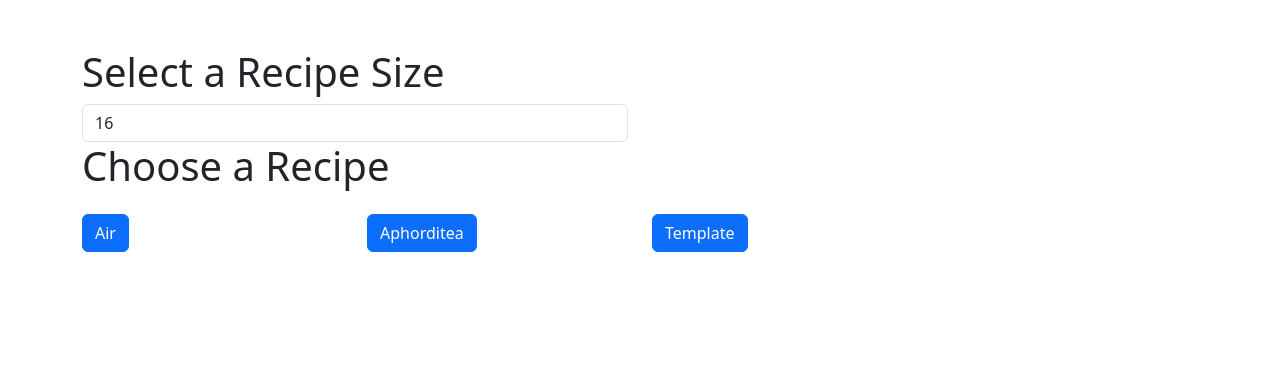
Repository: ChaidGPT/CKBatchHelper
Page: index.html
The author's editor kept a copy of each file at every save. The page is drawn from the files as they stood at one save, then again after the next save.
The browser window is 1280 px wide. The pictures show the whole page.

Above is the page before, as saved 2023-06-27 12:30:03.

### index.html
<!DOCTYPE html>
<html lang="en">

<head>
  <meta charset="UTF-8">
  <meta name="viewport" content="width=device-width, initial-scale=1.0">
  <title>Your One-Page Website</title>
  <!-- Bootstrap CSS -->
  <link href="https://cdn.jsdelivr.net/npm/bootstrap@5.3.0/dist/css/bootstrap.min.css" rel="stylesheet"
    integrity="sha384-9ndCyUaIbzAi2FUVXJi0CjmCapSmO7SnpJef0486qhLnuZ2cdeRhO02iuK6FUUVM" crossorigin="anonymous">
</head>

<body>
  <!-- Main content -->
  <main>
    <section id="section1" class="py-5">
      <div class="container">
        <h1>Select a Recipe Size</h1>
        <div class="row">
          <div class="col-lg-6">
            <input type="number" id="recipeSize" class="form-control" value="16" min="1">
          </div>
        </div>

        <h1>Choose a Recipe</h1>
        <div class="row">
          <div class="col-lg-3">
            <!-- Air Tea Button -->
            <button class="btn btn-primary mt-3" type="button" data-bs-toggle="collapse"
              data-bs-target="#airCollapse" aria-expanded="false" aria-controls="airCollapse">
              Air
            </button>
            <div class="collapse mt-3" id="airCollapse">
              <div class="card card-body">
                <table class="table">
                  <thead>
                    <tr>
                      <th>Ingredient</th>
                      <th>Quantity (oz)</th>
                    </tr>
                  </thead>
                  <tbody>
                    <tr>
                      <td>Dandelion Leaf</td>
                      <td class="ingredientQty" data-ingredient="dandelionLeaf" data-base-quantity="4">4</td>
                    </tr>
                    <tr>
                      <td>Borage</td>
                      <td class="ingredientQty" data-ingredient="borage" data-base-quantity="3">3</td>
                    </tr>
                    <tr>
                      <td>Peppermint Leaf</td>
                      <td class="ingredientQty" data-ingredient="peppermintLeaf" data-base-quantity="3">3</td>
                    </tr>
                    <tr>
                      <td>Lavender</td>
                      <td class="ingredientQty" data-ingredient="lavender" data-base-quantity="1">1</td>
                    </tr>
                    <tr>
                      <td>Lemongrass</td>
                      <td class="ingredientQty" data-ingredient="lemongrass" data-base-quantity="3">3</td>
                    </tr>
                    <tr>
                      <td>Honeysuckle</td>
                      <td class="ingredientQty" data-ingredient="honeysuckle" data-base-quantity="2">2</td>
                    </tr>
                  </tbody>
                </table>
              </div>
            </div>
          </div>
          <div class="col-lg-3">
            <!-- Aphorditea Tea Button -->
            <button class="btn btn-primary mt-3" type="button" data-bs-toggle="collapse"
              data-bs-target="#aphorditeaCollapse" aria-expanded="false" aria-controls="aphorditeaCollapse">
              Aphorditea
            </button>
            <div class="collapse mt-3" id="aphorditeaCollapse">
              <div class="card card-body">
                <table class="table">
                  <thead>
                    <tr>
                      <th>Ingredient</th>
                      <th>Quantity (oz)</th>
                    </tr>
                  </thead>
                  <tbody>
                    <tr>
                      <td>Dehydrated Apples</td>
                      <td class="ingredientQty" data-ingredient="dehydratedApples" data-base-quantity="3">3</td>
                    </tr>
                    <tr>
                      <td>Rose Petals</td>
                      <td class="ingredientQty" data-ingredient="rosePetals" data-base-quantity="4">4</td>
                    </tr>
                    <tr>
                      <td>Rosehips</td>
                      <td class="ingredientQty" data-ingredient="rosehips" data-base-quantity="3">3</td>
                    </tr>
                    <tr>
                      <td>Linden</td>
                      <td class="ingredientQty" data-ingredient="linden" data-base-quantity="2">2</td>
                    </tr>
                    <tr>
                      <td>Oregano</td>
                      <td class="ingredientQty" data-ingredient="oregano" data-base-quantity="1">1</td>
                    </tr>
                    <tr>
                      <td>Hawthorn Berries</td>
                      <td class="ingredientQty" data-ingredient="hawthornBerries" data-base-quantity="3">3</td>
                    </tr>
                  </tbody>
                </table>
              </div>
            </div>
          </div>
          <div class="col-lg-3">
            <!-- Template Tea Button -->
            <button class="btn btn-primary mt-3" type="button" data-bs-toggle="collapse"
              data-bs-target="#templateCollapse" aria-expanded="false" aria-controls="templateCollapse">
              Template
            </button>
            <div class="collapse mt-3" id="templateCollapse">
              <div class="card card-body">
                <table class="table">
                  <thead>
                    <tr>
                      <th>Ingredient</th>
                      <th>Quantity (oz)</th>
                    </tr>
                  </thead>
                  <tbody>
                    <tr>
                      <td>Ingredient 1</td>
                      <td class="ingredientQty" data-ingredient="ingredient1" data-base-quantity="0">0</td>
                    </tr>
                    <tr>
                      <td>Ingredient 2</td>
                      <td class="ingredientQty" data-ingredient="ingredient2" data-base-quantity="0">0</td>
                    </tr>
                    <tr>
                      <td>Ingredient 3</td>
                      <td class="ingredientQty" data-ingredient="ingredient3" data-base-quantity="0">0</td>
                    </tr>
                    <tr>
                      <td>Ingredient 4</td>
                      <td class="ingredientQty" data-ingredient="ingredient4" data-base-quantity="0">0</td>
                    </tr>
                    <tr>
                      <td>Ingredient 5</td>
                      <td class="ingredientQty" data-ingredient="ingredient5" data-base-quantity="0">0</td>
                    </tr>
                    <tr>
                      <td>Ingredient 6</td>
                      <td class="ingredientQty" data-ingredient="ingredient6" data-base-quantity="0">0</td>
                    </tr>
                  </tbody>
                </table>
              </div>
            </div>
          </div>
        </div>

      </div>
    </section>
  </main>

  <!-- Bootstrap JS -->
  <script src="https://cdn.jsdelivr.net/npm/bootstrap@5.3.0/dist/js/bootstrap.bundle.min.js"
    integrity="sha384-geWF76RCwLtnZ8qwWowPQNguL3RmwHVBC9FhGdlKrxdiJJigb/j/68SIy3Te4Bkz" crossorigin="anonymous"></script>

  <script>
    // Update ingredient quantities based on recipe size
    function updateIngredientQuantities() {
      const recipeSize = parseInt(document.getElementById('recipeSize').value);

      // Get all ingredient quantity elements
      const ingredientQtyElements = document.getElementsByClassName('ingredientQty');

      // Loop through each ingredient quantity element and update the displayed quantity
      for (let i = 0; i < ingredientQtyElements.length; i++) {
        const element = ingredientQtyElements[i];
        const baseQuantity = parseFloat(element.dataset.baseQuantity);
        const newQuantity = baseQuantity * (recipeSize / 16); // Adjust the quantity based on the ratio of recipe sizes
        element.textContent = newQuantity.toFixed(2);
      }
    }

    // Add event listener to recipe size input
    document.getElementById('recipeSize').addEventListener('input', updateIngredientQuantities);

    // Call the function initially to update the ingredient quantities
    updateIngredientQuantities();
  </script>
</body>

</html>

After the next save:
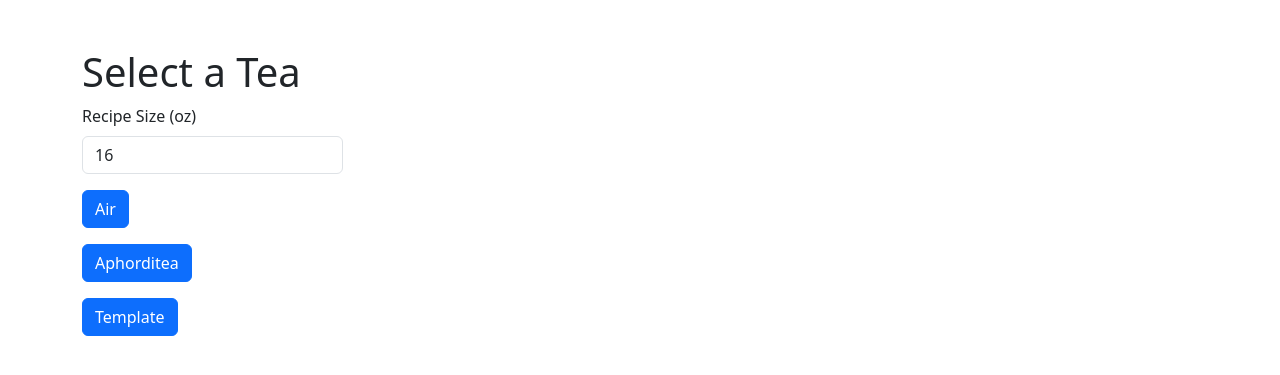
Saved 2 min 31 s later.
--- a/index.html
+++ b/index.html
@@ -15,19 +15,21 @@
   <main>
     <section id="section1" class="py-5">
       <div class="container">
-        <h1>Select a Recipe Size</h1>
+        <h1>Select a Tea</h1>
         <div class="row">
-          <div class="col-lg-6">
-            <input type="number" id="recipeSize" class="form-control" value="16" min="1">
+          <div class="col-lg-3">
+            <!-- Recipe Size Field -->
+            <div class="mb-3">
+              <label for="recipeSize" class="form-label">Recipe Size (oz)</label>
+              <input type="number" class="form-control" id="recipeSize" value="16">
+            </div>
           </div>
         </div>
-
-        <h1>Choose a Recipe</h1>
         <div class="row">
           <div class="col-lg-3">
             <!-- Air Tea Button -->
-            <button class="btn btn-primary mt-3" type="button" data-bs-toggle="collapse"
-              data-bs-target="#airCollapse" aria-expanded="false" aria-controls="airCollapse">
+            <button class="btn btn-primary" type="button" data-bs-toggle="collapse" data-bs-target="#airCollapse"
+              aria-expanded="false" aria-controls="airCollapse">
               Air
             </button>
             <div class="collapse mt-3" id="airCollapse">
@@ -69,6 +71,8 @@
               </div>
             </div>
           </div>
+        </div>
+        <div class="row">
           <div class="col-lg-3">
             <!-- Aphorditea Tea Button -->
             <button class="btn btn-primary mt-3" type="button" data-bs-toggle="collapse"
@@ -114,6 +118,8 @@
               </div>
             </div>
           </div>
+        </div>
+        <div class="row">
           <div class="col-lg-3">
             <!-- Template Tea Button -->
             <button class="btn btn-primary mt-3" type="button" data-bs-toggle="collapse"
@@ -131,28 +137,19 @@
                   </thead>
                   <tbody>
                     <tr>
-                      <td>Ingredient 1</td>
-                      <td class="ingredientQty" data-ingredient="ingredient1" data-base-quantity="0">0</td>
+                      <td>Template Ingredient 1</td>
+                      <td class="ingredientQty" data-ingredient="templateIngredient1"
+                        data-base-quantity="0">0</td>
                     </tr>
                     <tr>
-                      <td>Ingredient 2</td>
-                      <td class="ingredientQty" data-ingredient="ingredient2" data-base-quantity="0">0</td>
+                      <td>Template Ingredient 2</td>
+                      <td class="ingredientQty" data-ingredient="templateIngredient2"
+                        data-base-quantity="0">0</td>
                     </tr>
                     <tr>
-                      <td>Ingredient 3</td>
-                      <td class="ingredientQty" data-ingredient="ingredient3" data-base-quantity="0">0</td>
-                    </tr>
-                    <tr>
-                      <td>Ingredient 4</td>
-                      <td class="ingredientQty" data-ingredient="ingredient4" data-base-quantity="0">0</td>
-                    </tr>
-                    <tr>
-                      <td>Ingredient 5</td>
-                      <td class="ingredientQty" data-ingredient="ingredient5" data-base-quantity="0">0</td>
-                    </tr>
-                    <tr>
-                      <td>Ingredient 6</td>
-                      <td class="ingredientQty" data-ingredient="ingredient6" data-base-quantity="0">0</td>
+                      <td>Template Ingredient 3</td>
+                      <td class="ingredientQty" data-ingredient="templateIngredient3"
+                        data-base-quantity="0">0</td>
                     </tr>
                   </tbody>
                 </table>
@@ -160,36 +157,33 @@
             </div>
           </div>
         </div>
-
       </div>
     </section>
   </main>
 
   <!-- Bootstrap JS -->
   <script src="https://cdn.jsdelivr.net/npm/bootstrap@5.3.0/dist/js/bootstrap.bundle.min.js"
-    integrity="sha384-geWF76RCwLtnZ8qwWowPQNguL3RmwHVBC9FhGdlKrxdiJJigb/j/68SIy3Te4Bkz" crossorigin="anonymous"></script>
+    integrity="sha384-geWF76RCwLtnZ8qwWowPQNguL3RmwHVBC9FhGdlKrxdiJJigb/j/68SIy3Te4Bkz"
+    crossorigin="anonymous"></script>
+  <script>
+    const recipeSizeInput = document.getElementById('recipeSize');
+    const ingredientQtyElements = document.querySelectorAll('.ingredientQty');
 
-  <script>
     // Update ingredient quantities based on recipe size
     function updateIngredientQuantities() {
-      const recipeSize = parseInt(document.getElementById('recipeSize').value);
+      const recipeSize = parseInt(recipeSizeInput.value);
 
-      // Get all ingredient quantity elements
-      const ingredientQtyElements = document.getElementsByClassName('ingredientQty');
-
-      // Loop through each ingredient quantity element and update the displayed quantity
-      for (let i = 0; i < ingredientQtyElements.length; i++) {
-        const element = ingredientQtyElements[i];
-        const baseQuantity = parseFloat(element.dataset.baseQuantity);
-        const newQuantity = baseQuantity * (recipeSize / 16); // Adjust the quantity based on the ratio of recipe sizes
-        element.textContent = newQuantity.toFixed(2);
-      }
+      ingredientQtyElements.forEach((element) => {
+        const baseQuantity = parseInt(element.dataset.baseQuantity);
+        const newQuantity = (baseQuantity * recipeSize) / 16;
+        element.textContent = newQuantity.toFixed(1);
+      });
     }
 
-    // Add event listener to recipe size input
-    document.getElementById('recipeSize').addEventListener('input', updateIngredientQuantities);
+    // Listen for changes in recipe size input
+    recipeSizeInput.addEventListener('change', updateIngredientQuantities);
 
-    // Call the function initially to update the ingredient quantities
+    // Initial update of ingredient quantities
     updateIngredientQuantities();
   </script>
 </body>
